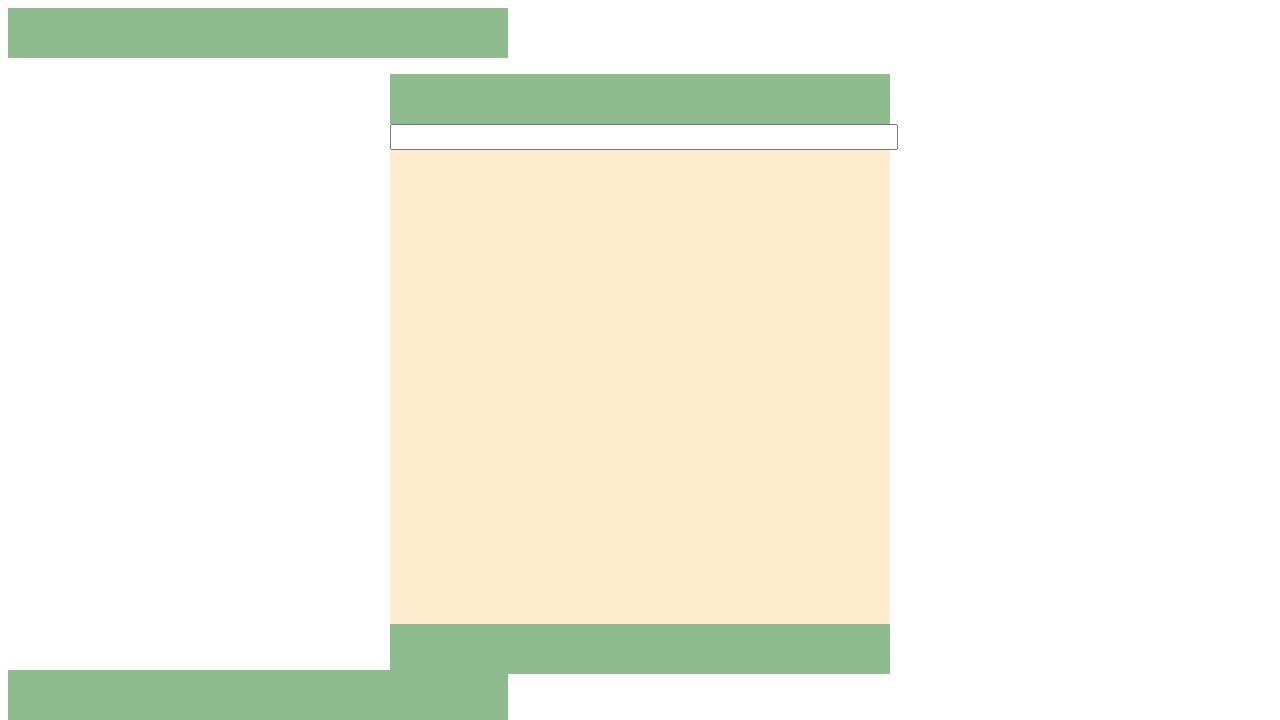
Repository: rumor1993/DreamCoding-Browser101
Page: Chapter05/index.html
An editor plug-in stored every save of this project. The page is shown before and after the next save, followed by the edit.
The browser window is 1280 px wide. The pictures show the whole page.

Above is the page before, as saved 2020-12-30 12:09:42.

### Chapter05/index.html
<!DOCTYPE html>
<html lang="en">
  <head>
    <meta charset="UTF-8" />
    <meta name="viewport" content="width=device-width, initial-scale=1.0" />
    <title>Shoopping List</title>
    <link rel="stylesheet" href="style.css" />
    <script src="main.js"></script>
  </head>
  <body>
    <section class="list">
      <header class="header"></header>
      <ul class="items"></ul>
      <footer class="footer"></footer>
    </section>

    <div class="shoopping-list">
      <div class="header"></div>
      <div class="contents">
        <input type="text" class="" />
      </div>
      <div class="footer"></div>
    </div>
  </body>
</html>

### Chapter05/style.css
.shoopping-list {
  position: relative;
  width: 500px;
  height: 600px;
  margin: 0 auto;
  background-color: blanchedalmond;
}
.header {
  position: relative;
  width: 500px;
  height: 50px;
  background-color: darkseagreen;
}

.contents {
  position: relative;
  width: 500px;
  height: 20px;
}

.contents input {
  position: relative;
  width: 500px;
  height: 20px;
}

.footer {
  position: absolute;
  width: 500px;
  height: 50px;
  bottom: 0;
  background-color: darkseagreen;
}

Loaded but not shown: Chapter05/main.js (no stored copy; drawn as an empty file)

After the next save:
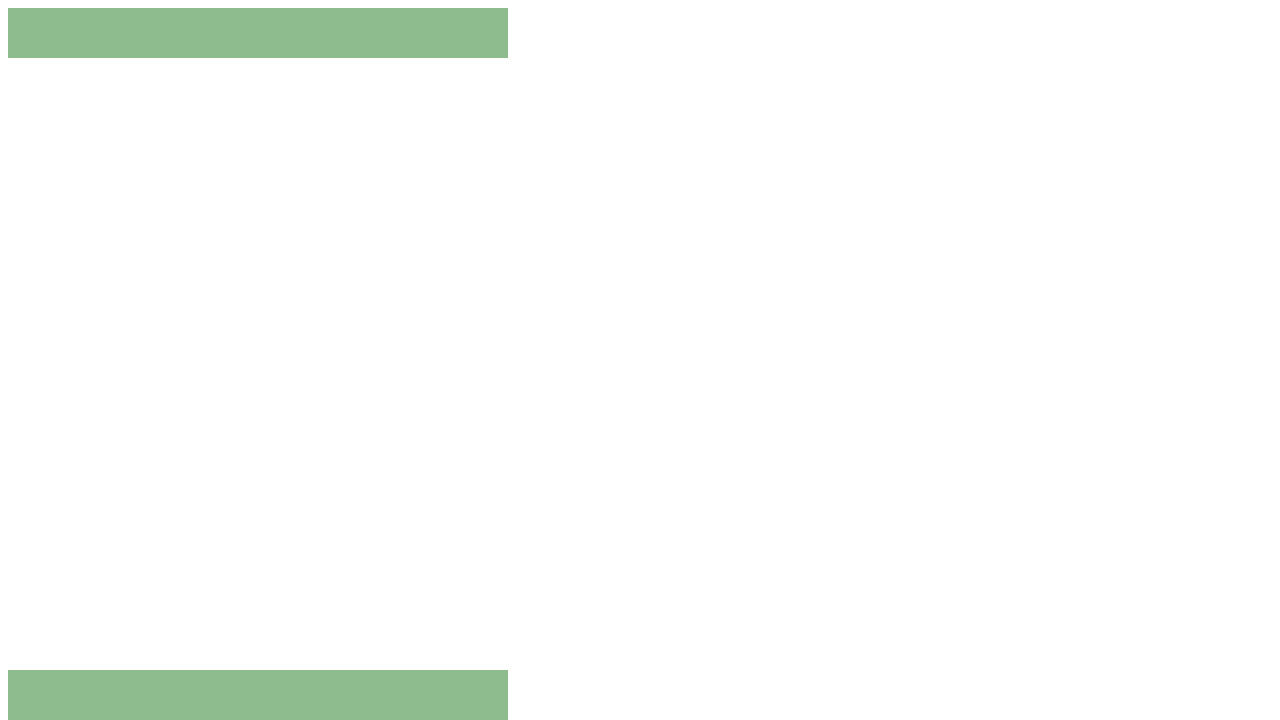
Saved 5 s later.
--- a/Chapter05/index.html
+++ b/Chapter05/index.html
@@ -13,13 +13,5 @@
       <ul class="items"></ul>
       <footer class="footer"></footer>
     </section>
-
-    <div class="shoopping-list">
-      <div class="header"></div>
-      <div class="contents">
-        <input type="text" class="" />
-      </div>
-      <div class="footer"></div>
-    </div>
   </body>
 </html>
